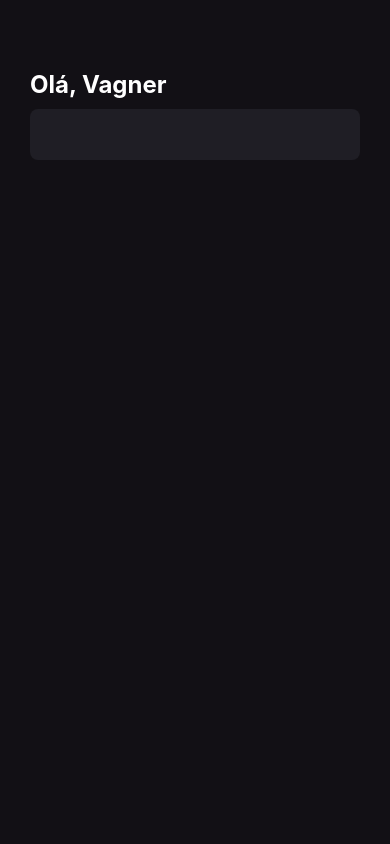
Repository: vagnereix/01-myskills-trilha-react-native
Screen: /
The author's editor kept a copy of each file at every save. The screen is drawn from the files as they stood at one save, then again after the next save.
The app was drawn by React Native's web renderer in a window 390 px wide. The project was rebuilt for these pictures with package versions that can differ from the ones it lists, and the page was loaded fresh each time.

Above is the screen before, as saved 2021-06-17 17:19:02.

### App.tsx
import React from 'react';

import { Home } from './pages/home';

export default function App() {
  return (
    <Home />
  );
};

### pages/home.tsx
import React from 'react';
import { View, Text, StyleSheet, TextInput } from 'react-native';

export function Home() {
    return (
      <View style={styles.container}>
        <Text style={styles.title}>Olá, Vagner</Text>

        <TextInput style={styles.input} />
      </View>
    );
}

const styles = StyleSheet.create({
    container: {
        flex: 1,
        paddingHorizontal: 30,
        paddingVertical: 70,
        backgroundColor: '#121015'
    },
    title: {
        color: '#fff',
        fontWeight: 'bold',
        fontSize: 24,
        marginBottom: 10
    },
    input: {
        borderRadius: 8,
        backgroundColor: '#1f1e25',
        fontSize: 18,
        padding: 15,
    }
})

After the next save:
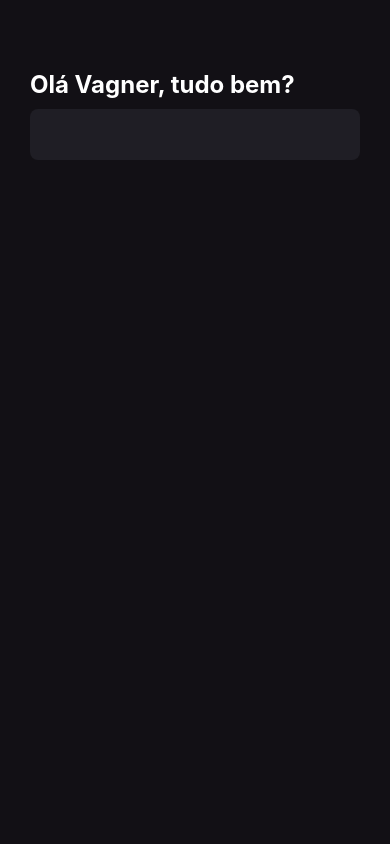
Saved 19 s later.
--- a/pages/home.tsx
+++ b/pages/home.tsx
@@ -4,7 +4,7 @@ import { View, Text, StyleSheet, TextInput } from 'react-native';
 export function Home() {
     return (
       <View style={styles.container}>
-        <Text style={styles.title}>Olá, Vagner</Text>
+        <Text style={styles.title}>Olá Vagner, tudo bem?</Text>
 
         <TextInput style={styles.input} />
       </View>
